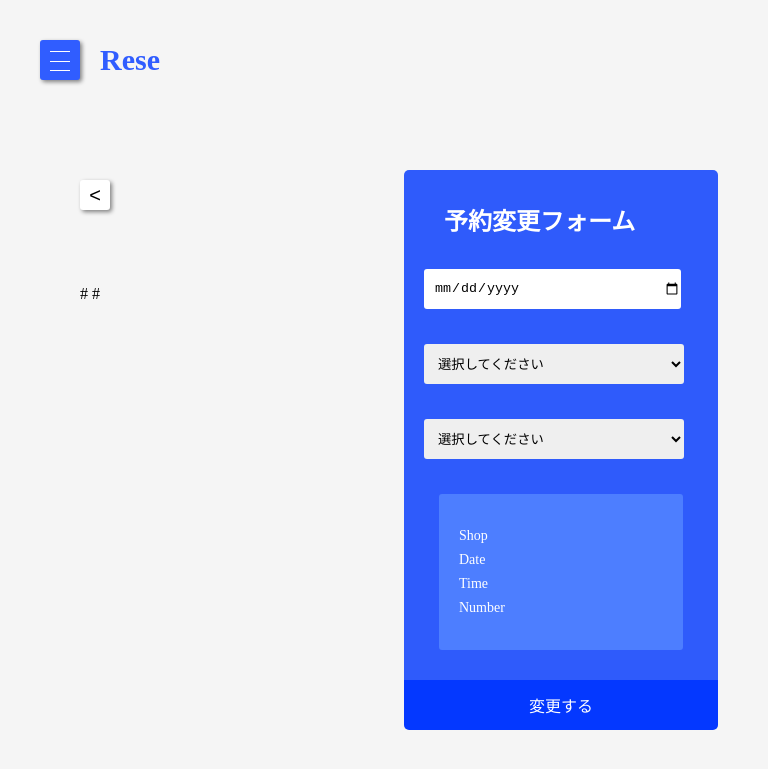
Repository: Haruka-Wada/Rese
Page: src/resources/views/edit.blade.php
The author's editor kept a copy of each file at every save. The page is drawn from the files as they stood at one save, then again after a run of saves.
The browser window is 768 px wide. The pictures show the whole page.
The page is served by the project's Laravel application, run on PHP 8.4 with Laravel 8. Other server files are loaded and not shown. The template is opened directly, without the code that normally fills it, so the values that code supplies are empty.

Above is the page before, as saved 2024-11-19 15:40:22.

### src/routes/web.php
<?php

use App\Http\Controllers\ReseController;
use Illuminate\Database\Console\Migrations\ResetCommand;
use Illuminate\Support\Facades\Route;
use SebastianBergmann\GlobalState\Restorer;

/*
|--------------------------------------------------------------------------
| Web Routes
|--------------------------------------------------------------------------
|
| Here is where you can register web routes for your application. These
| routes are loaded by the RouteServiceProvider within a group which
| contains the "web" middleware group. Now create something great!
|
*/

Route::get('/', [ReseController::class, 'index']);
Route::get('/detail/{shop_id?}', [ReseController::class, 'detail']);
Route::get('/search', [ReseController::class, 'search']);

Route::middleware(['verified'])->group(function(){
    Route::middleware('auth')->group(function () {
        Route::get('/thanks', [ReseController::class, 'thanks']);
        Route::get('/mypage', [ReseController::class, 'myPage']);
        Route::post('/favorite', [ReseController::class, 'favorite']);
        Route::post('/reservation', [ReseController::class, 'reservation']);
        Route::get('/done', [ReseController::class, 'done']);
        Route::delete('/delete',[ReseController::class, 'reservationDelete']);
        Route::get('/edit', [ReseController::class, 'reservationEdit']);
        Route::patch('/edit/update', [ReseController::class, 'reservationUpdate']);
    });
});

### src/resources/views/edit.blade.php
@extends('layouts/app')

@section('css')
<link rel="stylesheet" href="{{ asset('css/edit.css') }}">
@endsection

@section('main')
<div class="main__container">
    <div class="shop__container">
        <div class="shop__name-area">
            <button onclick="location.href='/mypage'">&lt;</button>
            <h2>{{ $reservation->shop->name }}</h2>
        </div>
        <div class="shop__img">
            <img src="{{ $reservation->shop->image}}" alt="">
        </div>
        <div class="shop__tag">
            <span>#{{ $reservation->shop->area->name }}</span>
            <span>#{{ $reservation->shop->genre->name }}</span>
        </div>
        <div class="shop__outline">
            <p>{{ $reservation->shop->outline }}</p>
        </div>
    </div>
    <div class="reservation__container">
        <div class="reservation__wrap">
            <div class="reservation__title">
                <h2>予約変更フォーム</h2>
            </div>
            <form action="/edit/update" method="post" id="update">
                @method('PATCH')
                @csrf
                <div class="reservation__form">
                    <input type="hidden" name="id" value="{{ $reservation->id }}">
                    <input type="date" name="date" class="reservation__date">
                    <div class="reservation__error">
                        @error('date')
                        {{ $message }}
                        @enderror
                    </div>
                    <select name="time" id="" class="reservation__time">
                        <option disabled selected>選択してください</option>
                        <option value="17:00">17:00</option>
                        <option value="17:30">17:30</option>
                        <option value="18:00">18:00</option>
                        <option value="18:30">18:30</option>
                        <option value="19:00">19:00</option>
                        <option value="19:30">19:30</option>
                        <option value="20:00">20:00</option>
                        <option value="20:30">20:30</option>
                        <option value="21:00">21:00</option>
                        <option value="21:30">21:30</option>
                        <option value="22:00">22:00</option>
                        <option value="22:30">22:30</option>
                        <option value="23:00">23:00</option>
                    </select>
                    <div class="reservation__error">
                        @error('time')
                        {{ $message }}
                        @enderror
                    </div>
                    <select name="number" id="" class="reservation__number">
                        <option disabled selected>選択してください</option>
                        @for($i = 1; $i < 51; $i++)
                            <option value="{{ $i }}">{{ $i }}人</option>
                            @endfor
                    </select>
                    <div class="reservation__error">
                        @error('number')
                        {{ $message }}
                        @enderror
                    </div>
                </div>
            </form>
            <div class="reservation__confirm">
                <dl class="reservation__confirm-list">
                    <dt class="reservation__confirm-item">Shop</dt>
                    <dd class="reservation__confirm-content">{{ $reservation->shop->name }}</dd>
                </dl>
                <dl class="reservation__confirm-list">
                    <dt class="reservation__confirm-item">Date</dt>
                    <dd class="reservation__confirm-content" id="date"></dd>
                </dl>
                <dl class="reservation__confirm-list">
                    <dt class="reservation__confirm-item">Time</dt>
                    <dd class="reservation__confirm-content" id="time"></dd>
                </dl>
                <dl class="reservation__confirm-list">
                    <dt class="reservation__confirm-item">Number</dt>
                    <dd class="reservation__confirm-content" id="number"></dd>
                </dl>
            </div>
        </div>
        <div class="update__button">
            <button type="submit" form="update">変更する</button>
        </div>
    </div>
</div>

<script type="text/javascript">
    $(function() {
        const date = $('#date');
        $('[name=date]').change(function() {
            const selectedDate = $('[name=date]').val();
            const formatDate = new Date(selectedDate);
            const year = formatDate.getFullYear();
            const month = formatDate.getMonth() + 1;
            const day = formatDate.getDate();
            date.text(year + "/" + month + "/" + day);
        })
    })

    $(function() {
        const time = $('#time');
        $('[name=time]').change(function() {
            const selectedTime = $('[name=time] option:selected').text();
            time.text(selectedTime);
        });
    });

    $(function() {
        const number = $('#number');
        $('[name=number]').change(function() {
            const selectedNumber = $('[name=number] option:selected').text();
            number.text(selectedNumber);
        })
    })
</script>
@endsection

### src/resources/views/layouts/app.blade.php
<!DOCTYPE html>
<html lang="ja">

<head>
    <meta charset="UTF-8">
    <meta name="viewport" content="width=device-width, initial-scale=1.0">
    <meta name="csrf-token" content="{{ csrf_token()}}">
    <title>Rese</title>
    <link rel="stylesheet" href="{{ asset('css/sanitize.css') }}">
    <link rel="stylesheet" href="{{ asset('css/app.css') }}">
    @yield('css')
    <script src="https://ajax.googleapis.com/ajax/libs/jquery/3.3.1/jquery.min.js"></script>
</head>

<body>

    <header>
        <div class="header__wrapper">
            <button class="header__nav" onclick="navFunc()"></button>
            <nav class="header__hamburger">
                <ul class="hamburger__menu">
                    <li><a href="/" class="hamburger__menu-link">HOME</a></li>
                    @if(Auth::check())
                    <li>
                        <form action="/logout" method="post">
                            @csrf
                            <button class="hamburger__menu-logout">Logout</button>
                        </form>
                    </li>
                    <li><a href="/mypage" class="hamburger__menu-link">Mypage</a></li>
                    @else
                    <li><a href="/register" class="hamburger__menu-link registration">Registration</a></li>
                    <li><a href="/login" class="hamburger__menu-link">Login</a></li>
                    @endif
                </ul>
            </nav>
            <h1 class="header__logo">Rese</h1>
            @yield('search')
        </div>
    </header>
    <main class="main">
        @yield('main')
    </main>

    <script type="text/javascript">
        function navFunc() {
            document.querySelector('html').classList.toggle('open');
        }
    </script>
</body>

</html>

### src/public/css/sanitize.css
/*
html5doctor.com Reset Stylesheet
v1.6.1
Last Updated: 2010-09-17
Author: Richard Clark - http://richclarkdesign.com
Twitter: @rich_clark
*/

html,
body,
div,
span,
object,
iframe,
h1,
h2,
h3,
h4,
h5,
h6,
p,
blockquote,
pre,
abbr,
address,
cite,
code,
del,
dfn,
em,
img,
ins,
kbd,
q,
samp,
small,
strong,
sub,
sup,
var,
b,
i,
dl,
dt,
dd,
ol,
ul,
li,
fieldset,
form,
label,
legend,
table,
caption,
tbody,
tfoot,
thead,
tr,
th,
td,
article,
aside,
canvas,
details,
figcaption,
figure,
footer,
header,
hgroup,
menu,
nav,
section,
summary,
time,
mark,
audio,
video {
    margin: 0;
    padding: 0;
    border: 0;
    outline: 0;
    font-size: 100%;
    vertical-align: baseline;
    background: transparent;
}

body {
    line-height: 1;
}

article,
aside,
details,
figcaption,
figure,
footer,
header,
hgroup,
menu,
nav,
section {
    display: block;
}

nav ul {
    list-style: none;
}

blockquote,
q {
    quotes: none;
}

blockquote:before,
blockquote:after,
q:before,
q:after {
    content: '';
    content: none;
}

a {
    margin: 0;
    padding: 0;
    font-size: 100%;
    vertical-align: baseline;
    background: transparent;
}

/* change colours to suit your needs */
ins {
    background-color: #ff9;
    color: #000;
    text-decoration: none;
}

/* change colours to suit your needs */
mark {
    background-color: #ff9;
    color: #000;
    font-style: italic;
    font-weight: bold;
}

del {
    text-decoration: line-through;
}

abbr[title],
dfn[title] {
    border-bottom: 1px dotted;
    cursor: help;
}

table {
    border-collapse: collapse;
    border-spacing: 0;
}

/* change border colour to suit your needs */
hr {
    display: block;
    height: 1px;
    border: 0;
    border-top: 1px solid #cccccc;
    margin: 1em 0;
    padding: 0;
}

input,
select {
    vertical-align: middle;
}

### src/public/css/app.css
body {
    background-color: whitesmoke;
    width: 100vw;
}

.header__wrapper {
    width: 90%;
    height: 60px;
    margin: 0 auto;
    display: flex;
    justify-content: space-between;
    align-items: center;
    padding: 30px 60px;
    position: fixed;
    z-index: 10;
    background-color: whitesmoke;
}

.header__nav {
    padding: 10px;
    margin: 10px;
    border: none;
    outline: none;
    background: none;
    width: 40px;
    height: 40px;
    cursor: pointer;
    background-color: #305DFF;
    box-shadow: 2px 2px 4px gray;
    border-radius: 3px;
    color: white;
}

.header__nav::before {
    content: '';
    display: block;
    height: 1px;
    background-color: currentColor;
    transform: translateY(-8px);
    transition: 0.3s ease-in-out;
    box-shadow: 0 10px currentColor;
}

.header__nav::after {
    content: '';
    display: block;
    height: 1px;
    background-color: currentColor;
    transform: translateY(10px);
    transition: 0.3s ease-in-out;
}

.open .header__nav {
    z-index: 1000;
}

.open .header__nav::before {
    transform: rotate(-45deg);
    box-shadow: none;
}

.open .header__nav::after {
    transform: rotate(45deg);
    box-shadow: none;
}

.header__logo {
    color: #305DFF;
    font-size: 30px;
    position: fixed;
    left: 130px;
    transition: 0.5s;
}

.header__hamburger {
    display: flex;
    justify-content: center;
    align-items: center;
    position: absolute;
    width: 0;
    height: 0;
    top: 45px;
    left: 55px;
    overflow: hidden;
    color: transparent;
    transition: 0.5s ease-in-out;
}

.open .header__hamburger {
    top: 0;
    left: 0;
    width: 100vw;
    height: 100vh;
    background-color: white;
    z-index: 100;
}

.hamburger__menu {
    padding: 10% 0;
}

.hamburger__menu li {
    text-align: center;
    list-style: none;
    line-height: 300%;
}

.hamburger__menu-link {
    color: #305DFF;
    font-size: 25px;
    text-decoration: none;
    font-weight: 550;
}

.hamburger__menu-logout {
    border: none;
    outline: none;
    background-color: white;
    color: #305DFF;
    font-size: 25px;
    margin: 20px;
}

.registration {
    display: inline-block;
    margin: 20px;
}

.main {
    padding-top: 130px;
}

@media screen and (max-width: 768px) {
    .header__wrapper {
        padding: 30px;
    }

    .header__logo {
        left: 100px;
    }

    .main {
        padding-top: 120px;
    }
}

### src/public/css/edit.css
.header__wrapper {
    width: 30%;
}

.main {
    padding: 0;
}

.main__container {
    display: grid;
    grid-template-rows: 130px 1fr;
    grid-template-columns: 50% 1fr;
}

.shop__container {
    grid-row: 2/3;
    grid-column: 1/2;
    width: 80%;
    margin: 50px;
}

.shop__name-area {
    display: flex;
    align-items: center;
    padding-bottom: 30px;
}

.shop__name-area button {
    width: 30px;
    height: 30px;
    font-size: 20px;
    background-color: white;
    border: none;
    border-radius: 3px;
    box-shadow: 2px 2px 4px gray;
}

.shop__name-area h2 {
    padding-left: 20px;
    font-size: 30px;
}

.shop__img {
    width: 100%;
}

.shop__img img {
    width: 100%;
}

.shop__tag {
    padding: 30px 0;
}

.shop__outline {
    line-height: 1.3;
}

.reservation__container {
    width: 100%;
    height: 90%;
    grid-row: 1/3;
    grid-column: 2/3;
    padding: 40px 0;
}

.reservation__wrap {
    height: 70%;
    background-color: #2F5BFB;
    border-radius: 5px 5px 0 0;
    padding: 20px 20px 160px;
    margin-right: 50px;
}

.reservation__title {
    color: white;
    padding: 20px;
    font-size: 24px;
}

.reservation__date {
    width: 40%;
    height: 40px;
    border: none;
    border-radius: 3px;
    padding-left: 10px;
    margin: 15px 0;
}

.reservation__time,
.reservation__number {
    width: 95%;
    height: 40px;
    border: none;
    border-radius: 3px;
    padding-left: 10px;
    margin: 0 20px 15px;
}

.reservation__confirm {
    background-color: #4D7EFF;
    border-radius: 3px;
    color: white;
    margin: 0 15px;
    padding: 30px 20px;
}

.reservation__confirm-list {
    font-size: 14px;
    display: flex;
    padding: 5px 0;
}

.reservation__confirm-item {
    width: 25%;
}

.reservation__confirm-content {
    width: 75%;
}

.update__button {
    height: 50px;
    display: flex;
    align-items: center;
    margin-right: 50px;
    border-radius: 0 0 5px 5px;
    text-align: center;
}

.update__button button {
    width: 100%;
    height: 100%;
    font-size: 16px;
    border: none;
    border-radius: 0 0 5px 5px;
    background-color: #0438FF;
    color: white;
}

.reservation__error {
    color: white;
    font-size: 14px;
    margin-bottom: 20px;
}

@media screen and (max-width:768px) {
    .main {
        padding-top: 130px;
    }

    .header__wrapper {
        width: 100%;
    }

    .main__container {
        align-items: stretch;
        padding: 0 30px;
    }

    .shop__container {
        grid-row: 1/3;
        grid-column: 1/2;
    }

    .reservation__wrap {
        height: auto;
        padding: 20px 20px 30px;
        margin: 0 20px;
    }

    .reservation__date {
        width: 90%;
    }

    .reservation__time, .reservation__number {
        margin: 0 0 15px;
    }

    .update__button {
        margin: 0 20px;
    }
}

After the next 4 saves:
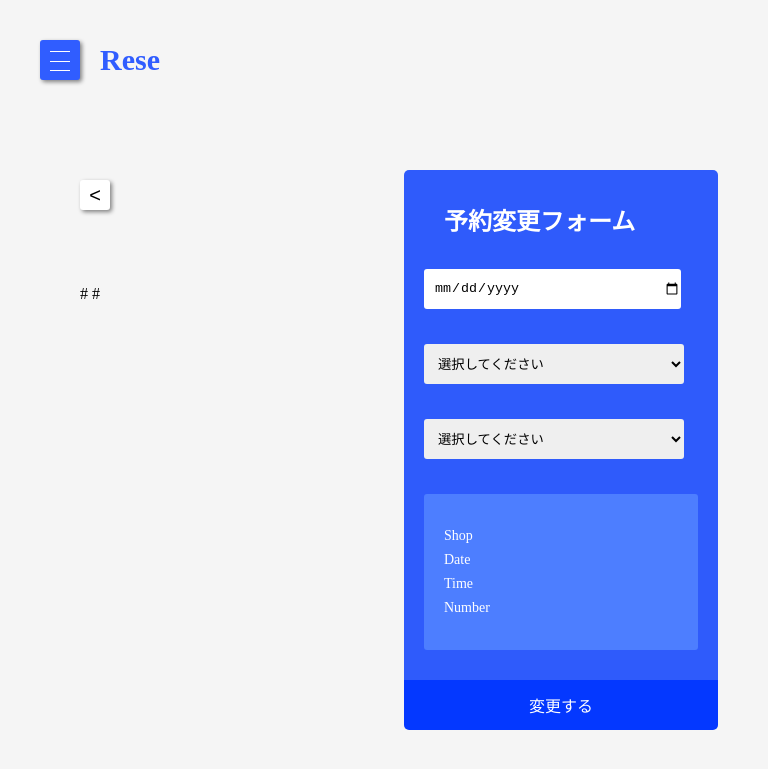
The 4 saves are shown as one change because they came seconds apart.
The last was saved 30 s later.
--- a/src/public/css/edit.css
+++ b/src/public/css/edit.css
@@ -176,6 +176,9 @@
     .reservation__time, .reservation__number {
         margin: 0 0 15px;
     }
+    .reservation__confirm {
+        margin: 0;
+    }
 
     .update__button {
         margin: 0 20px;
